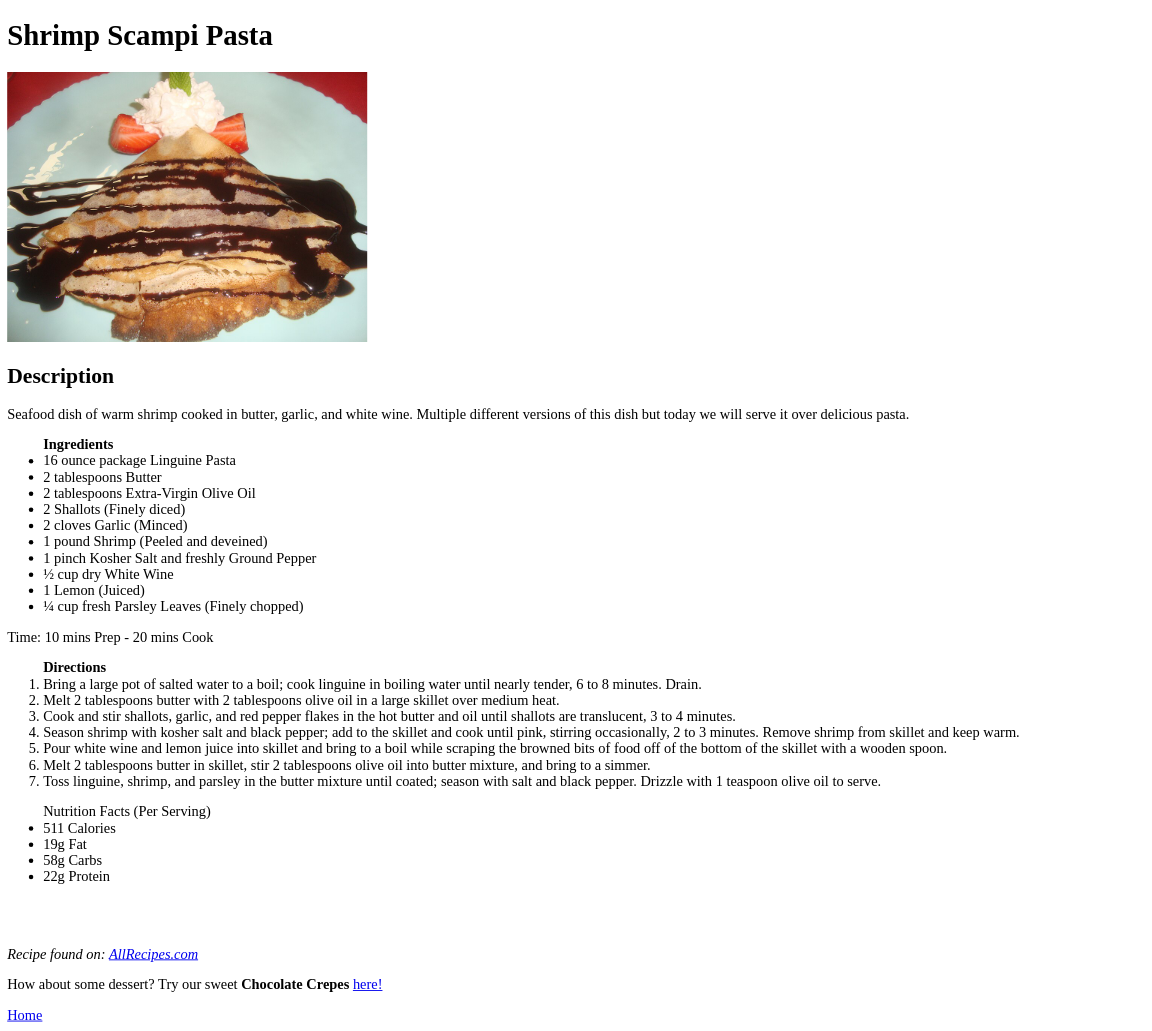
Repository: Mervens/odin-recipes
Page: recipes/pasta.html
These files come from the project's save history. The page is drawn as it stood at one moment and after the next save; the edit follows.
The browser window is 1280 px wide. The pictures show the whole page, at 90% of full size.

Above is the page before, as saved 2025-06-18 12:00:57.

### recipes/pasta.html
<!DOCTYPE html>

<html lang="en">

<head>
    <meta charset="UTF-8">
    <title>Shrimp Scampi Pasta | Odin Recipes</title>
</head>

<body>
    <h1>Shrimp Scampi Pasta</h1>

    <img src="../recipes/images/Chocolate Image.png"
        alt="Photo of Shrimp Scampi Pasta. Image found on Flickr - linked in ReadME." height=300 width=400>
    <h2>Description</h2>
    <p>Seafood dish of warm shrimp cooked in butter, garlic, and white wine. Multiple different versions of this dish
        but today we will serve it over delicious pasta.</p>
    <ul><strong>Ingredients</strong>
        <li>16 ounce package Linguine Pasta</li>
        <li>2 tablespoons Butter</li>
        <li>2 tablespoons Extra-Virgin Olive Oil</li>
        <li>2 Shallots (Finely diced)</li>
        <li>2 cloves Garlic (Minced)</li>
        <li>1 pound Shrimp (Peeled and deveined)</li>
        <li>1 pinch Kosher Salt and freshly Ground Pepper</li>
        <li>½ cup dry White Wine</li>
        <li>1 Lemon (Juiced)</li>
        <li>¼ cup fresh Parsley Leaves (Finely chopped)</li>
    </ul>
    <p>Time: 10 mins Prep - 20 mins Cook</p>
    <ol><strong>Directions</strong>
        <li>Bring a large pot of salted water to a boil; cook linguine in boiling water until nearly tender, 6 to 8
            minutes. Drain.
        </li>
        <li>Melt 2 tablespoons butter with 2 tablespoons olive oil in a large skillet over medium heat.
        </li>
        <li>Cook and stir shallots, garlic, and red pepper flakes in the hot butter and oil until shallots are
            translucent, 3 to 4 minutes.</li>
        <li>Season shrimp with kosher salt and black pepper; add to the skillet and cook until pink, stirring
            occasionally, 2 to 3 minutes. Remove shrimp from skillet and keep warm.
        </li>
        <li>Pour white wine and lemon juice into skillet and bring to a boil while scraping the browned bits of food off
            of the bottom of the skillet with a wooden spoon.</li>
        <li>Melt 2 tablespoons butter in skillet, stir 2 tablespoons olive oil into butter mixture, and bring to a
            simmer.</li>
        <li>Toss linguine, shrimp, and parsley in the butter mixture until coated; season with salt and black pepper.
            Drizzle with 1 teaspoon olive oil to serve.</li>
    </ol>
    <ul>
        Nutrition Facts (Per Serving)
        <li>511 Calories</li>
        <li>19g Fat</li>
        <li>58g Carbs</li>
        <li>22g Protein</li>
    </ul>
    <br>
    <br>

    <p><em>Recipe found on:
            <a href="https://www.allrecipes.com/recipe/229960/shrimp-scampi-with-pasta/">AllRecipes.com</em>
    </p>
    </a>
    <p>How about some dessert? Try our sweet <strong>Chocolate Crepes </strong><a href="../recipes/crepe.html">here!</a>
    </p>
    <a href="../index.html">Home</a>

</body>

</html>

After the next save:
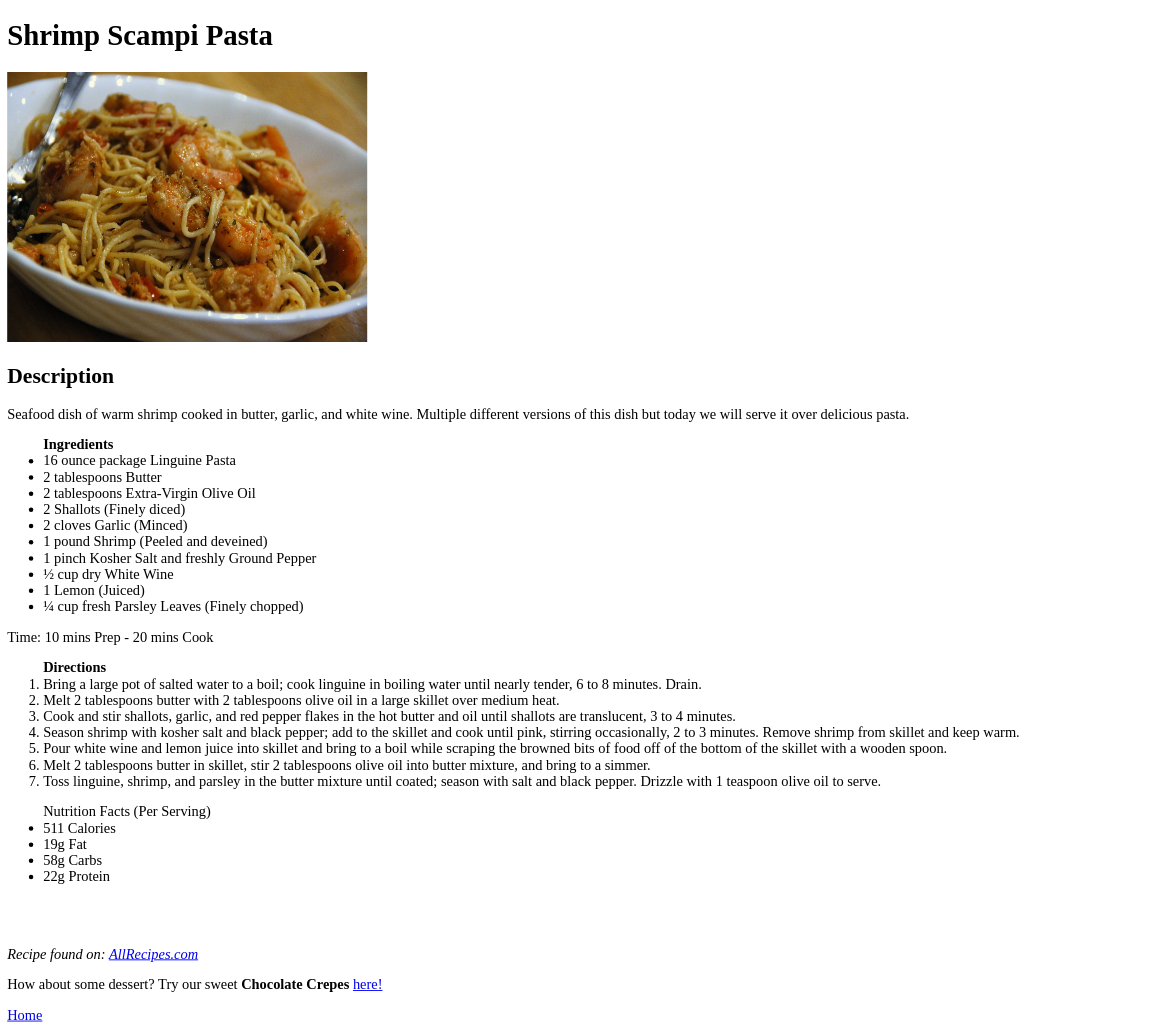
Saved 90 s later.
--- a/recipes/pasta.html
+++ b/recipes/pasta.html
@@ -10,7 +10,7 @@
 <body>
     <h1>Shrimp Scampi Pasta</h1>
 
-    <img src="../recipes/images/Chocolate Image.png"
+    <img src="../recipes/images/Shrimp Scampi.png"
         alt="Photo of Shrimp Scampi Pasta. Image found on Flickr - linked in ReadME." height=300 width=400>
     <h2>Description</h2>
     <p>Seafood dish of warm shrimp cooked in butter, garlic, and white wine. Multiple different versions of this dish
